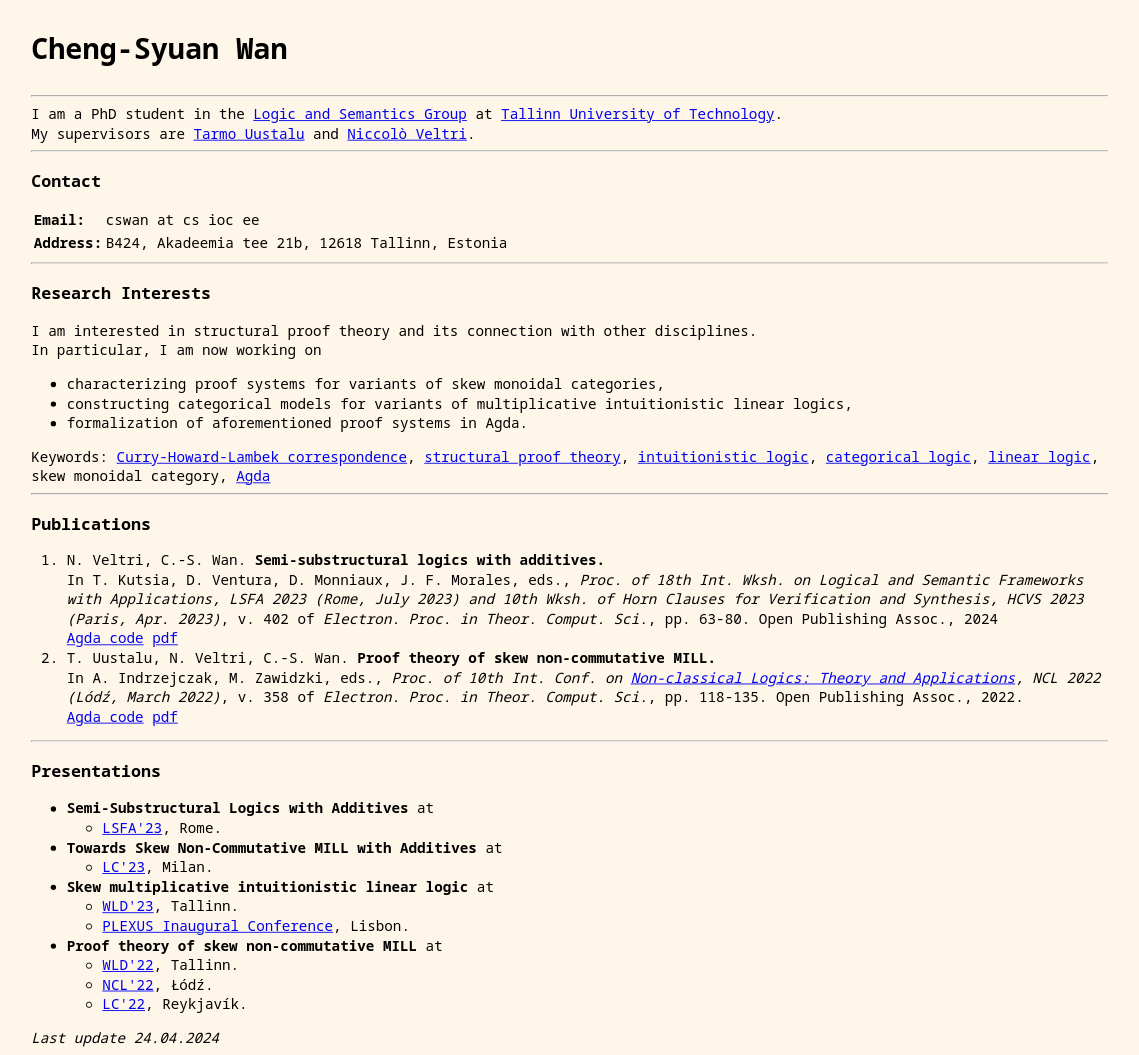
Repository: cswphilo/cswphilo.github.io
Page: index.html
These files come from the project's save history. The page is drawn as it stood at one moment and after the next save; the edit follows.
The browser window is 1280 px wide. The pictures show the whole page, at 89% of full size.

Above is the page before, as saved 2024-04-26 15:19:25.

### index.html
<!DOCTYPE html>

<head>
    <link rel="preconnect" href="https://fonts.googleapis.com">
    <link rel="preconnect" href="https://fonts.gstatic.com" crossorigin>
    <link href="https://fonts.googleapis.com/css2?family=Noto+Sans+Mono&display=swap" rel="stylesheet">
    <style type ="text/css">
        body {
            background-color: #fef6e9;
            font-family: 'Noto Sans Mono', 'Gill Sans', 'Gill Sans MT', Calibri, 'Trebuchet MS', sans-serif;
            font-size: medium;
            margin-left: 35px;
            margin-right: 35px;
        }
        p {
            color:#000000;
        }
    </style>
    <title> Cheng-Syuan Wan </title>
</head>
<body>
    <div><h1><p>Cheng-Syuan Wan</p></h1>
        <!-- <img src="avatar.jpg" style="width:16%;height:16%; margin-left: 140px;"> -->
    </div>
    <hr/>
    <div>
        I am a PhD student in the <a href="https://cs.ioc.ee/lsg/">Logic and Semantics Group</a> at <a href="https://taltech.ee/en/">Tallinn University of Technology</a>.
        <br/>
        My supervisors are <a href="https://cs.ioc.ee/~tarmo/">Tarmo Uustalu</a> and <a href="https://niccoloveltri.github.io/">Niccolò Veltri</a>.
    </div>
    <hr/>
    <div>
        <h3>Contact</h3>
        <table>
            <tr>
                <td><b>Email: </b></td> <td> cswan at cs ioc ee </td>
            </tr>
            <tr>
                <td><b>Address: </b></td> <td>B424, Akadeemia tee 21b, 12618 Tallinn, Estonia</td>
            </tr>
        </table>
    </div>
    <hr/>
    <div>
        <h3>Research Interests</h3>
        I am interested in structural proof theory and its connection with other disciplines.
        <br/>
        In particular, I am now working on
        <ul>
            <li>characterizing proof systems for variants of skew monoidal categories, </li>
            <li>constructing categorical models for variants of multiplicative intuitionistic linear logics, </li>
            <li>formalization of aforementioned proof systems in Agda.</li>
        </ul>
Keywords: <a href="https://en.wikipedia.org/wiki/Curry%E2%80%93Howard_correspondence">Curry-Howard-Lambek correspondence</a>, <a href="https://plato.stanford.edu/entries/proof-theory/#NewLogiCalc">structural proof theory</a>, <a href="https://plato.stanford.edu/entries/logic-intuitionistic/">intuitionistic logic</a>, <a href="https://en.wikipedia.org/wiki/Categorical_logic">categorical logic</a>, <a href="https://plato.stanford.edu/entries/logic-linear/">linear logic</a>, skew monoidal category, <a href="https://agda.readthedocs.io/en/v2.6.2.2/getting-started/what-is-agda.html">Agda</a>
    </div>
    <hr/>
    <div>
        <h3>Publications</h3>
    <ol>
        <li>N. Veltri, C.-S. Wan. <strong>Semi-substructural logics with additives.</strong> <br />
            In T. Kutsia, D. Ventura, D. Monniaux, J. F. Morales, eds., <em>Proc. of 18th Int. Wksh. on Logical and Semantic Frameworks with Applications, LSFA 2023 (Rome, July 2023) and 10th Wksh. of Horn Clauses for Verification and Synthesis, HCVS 2023 (Paris, Apr. 2023)</em>, v. 402 of <em>Electron. Proc. in Theor. Comput. Sci.</em>, pp. 63-80. Open Publishing Assoc., 2024 <br />
            <a href="https://github.com/cswphilo/SkewMonAdd">Agda code</a> <a href="https://cgi.cse.unsw.edu.au/~eptcs/paper.cgi?LSFA2023.8.pdf">pdf</a>
            </li>
        <li>T. Uustalu, N. Veltri, C.-S. Wan. <strong>Proof theory of skew non-commutative MILL.</strong> <br />
            In A. Indrzejczak, M. Zawidzki, eds., <em>Proc. of 10th Int. Conf. on <a href="https://easychair.org/smart-program/NCL'22/">Non-classical Logics: Theory and Applications</a>, NCL 2022 (Lódź, March 2022)</em>, v. 358 of <em>Electron. Proc. in Theor. Comput. Sci.</em>, pp. 118-135. Open Publishing Assoc., 2022. <br />
            <a href="https://github.com/niccoloveltri/code-skewmonclosed">Agda code</a> <a href="https://arxiv.org/abs/2204.06727v1">pdf</a>
            </li>
    </ol>
    </div>
    <hr/>
    <div>
        <h3 id="presentations">Presentations</h3>
        <ul>
           <li><strong>Semi-Substructural Logics with Additives</strong> at
                <ul>
                    <li><a href="https://sites.google.com/ufg.br/lsfa2023/">LSFA'23</a>, Rome. </li>
                </ul>
           <li><strong>Towards Skew Non-Commutative MILL with Additives</strong> at
            <ul>
                <li><a href="https://lc2023.unimi.it/">LC'23</a>, Milan. </li>
            </ul>
           <li><strong>Skew multiplicative intuitionistic linear logic</strong> at
            <ul>
                <li><a href="https://cs.ioc.ee/lsg/wld23/">WLD'23</a>, Tallinn. </li>
                <li><a href="https://cful.letras.ulisboa.pt/lancog/events/plexus-inaugural-conference-24-27-may-2023/">PLEXUS Inaugural Conference</a>, Lisbon. </li>
            </ul>
           </li>
           <li><strong>Proof theory of skew non-commutative MILL</strong> at
            <ul>
                <li><a href="https://cs.ioc.ee/lsg/wld22/">WLD'22</a>, Tallinn. </li>
                <li><a href="https://easychair.org/smart-program/NCL'22/">NCL'22</a>, Łódź. </li>
                <li><a href="http://icetcs.ru.is/lc2022/">LC'22</a>, Reykjavík. </li>
            </ul>
        </li>
        </ul>
    </div>
    <address>
        Last update 24.04.2024
    </address>
</body>

After the next save:
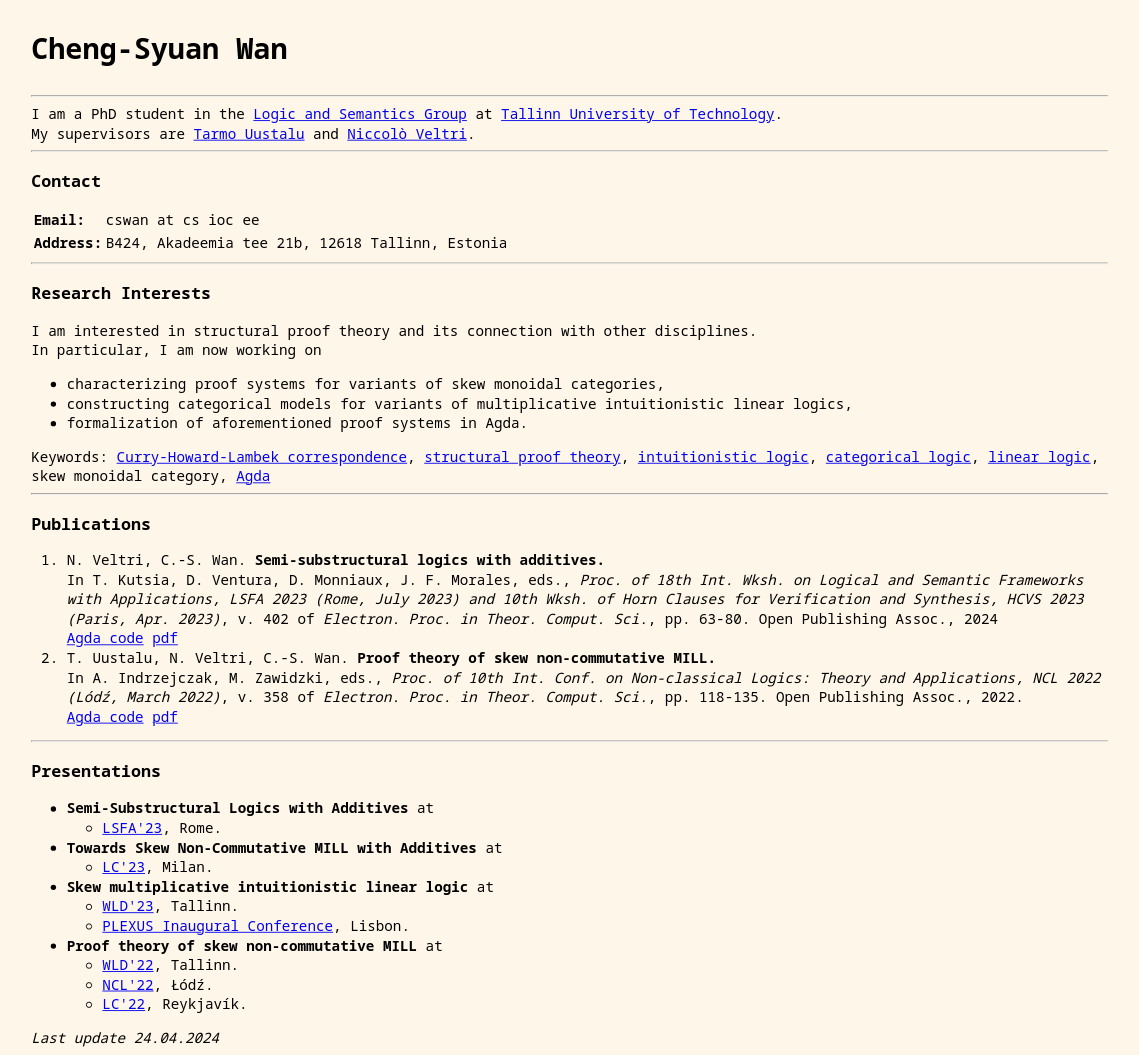
Saved 32 s later.
--- a/index.html
+++ b/index.html
@@ -62,7 +62,7 @@
             <a href="https://github.com/cswphilo/SkewMonAdd">Agda code</a> <a href="https://cgi.cse.unsw.edu.au/~eptcs/paper.cgi?LSFA2023.8.pdf">pdf</a>
             </li>
         <li>T. Uustalu, N. Veltri, C.-S. Wan. <strong>Proof theory of skew non-commutative MILL.</strong> <br />
-            In A. Indrzejczak, M. Zawidzki, eds., <em>Proc. of 10th Int. Conf. on <a href="https://easychair.org/smart-program/NCL'22/">Non-classical Logics: Theory and Applications</a>, NCL 2022 (Lódź, March 2022)</em>, v. 358 of <em>Electron. Proc. in Theor. Comput. Sci.</em>, pp. 118-135. Open Publishing Assoc., 2022. <br />
+            In A. Indrzejczak, M. Zawidzki, eds., <em>Proc. of 10th Int. Conf. on Non-classical Logics: Theory and Applications, NCL 2022 (Lódź, March 2022)</em>, v. 358 of <em>Electron. Proc. in Theor. Comput. Sci.</em>, pp. 118-135. Open Publishing Assoc., 2022. <br />
             <a href="https://github.com/niccoloveltri/code-skewmonclosed">Agda code</a> <a href="https://arxiv.org/abs/2204.06727v1">pdf</a>
             </li>
     </ol>
